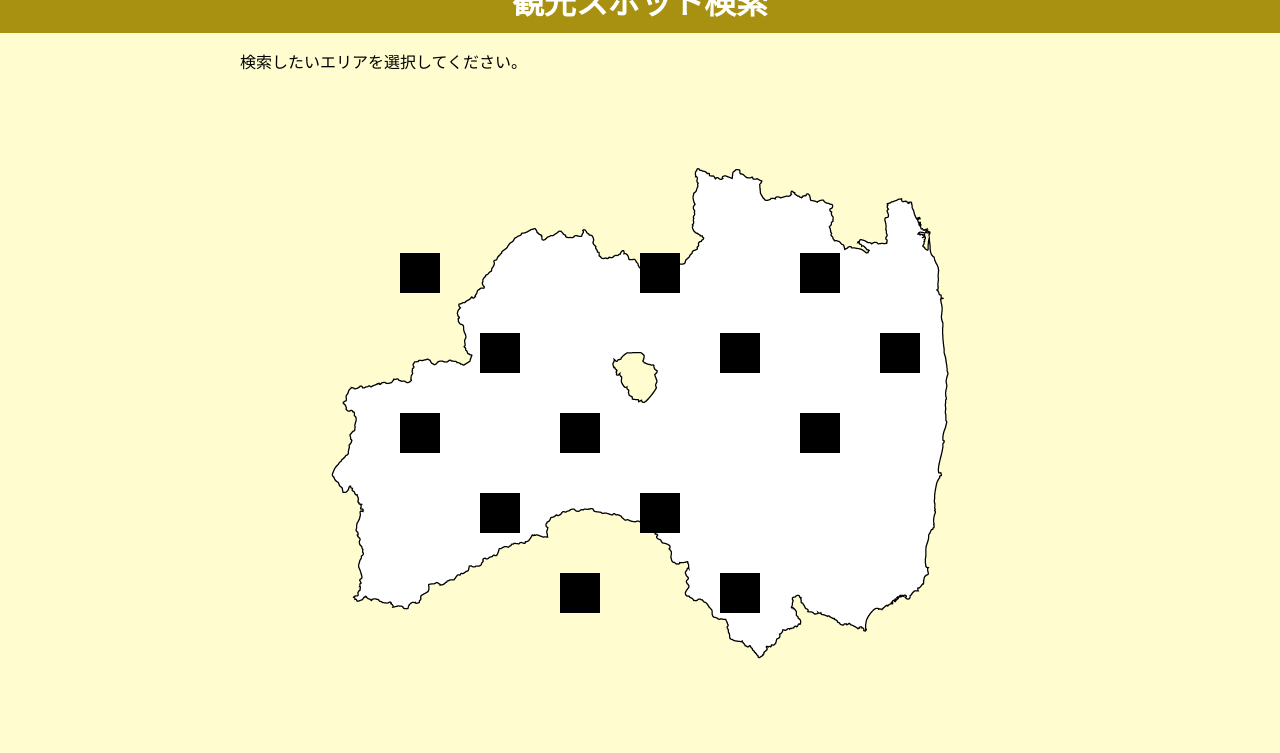
Repository: ryoutana/tanaryou.github.io
Page: Downloads/project/index.html
These files come from the project's save history. The page is drawn as it stood at one moment and after the next save; the edit follows.
The browser window is 1280 px wide. The pictures show the whole page.

Above is the page before, as saved 2025-04-29 15:04:01.

After the next save:
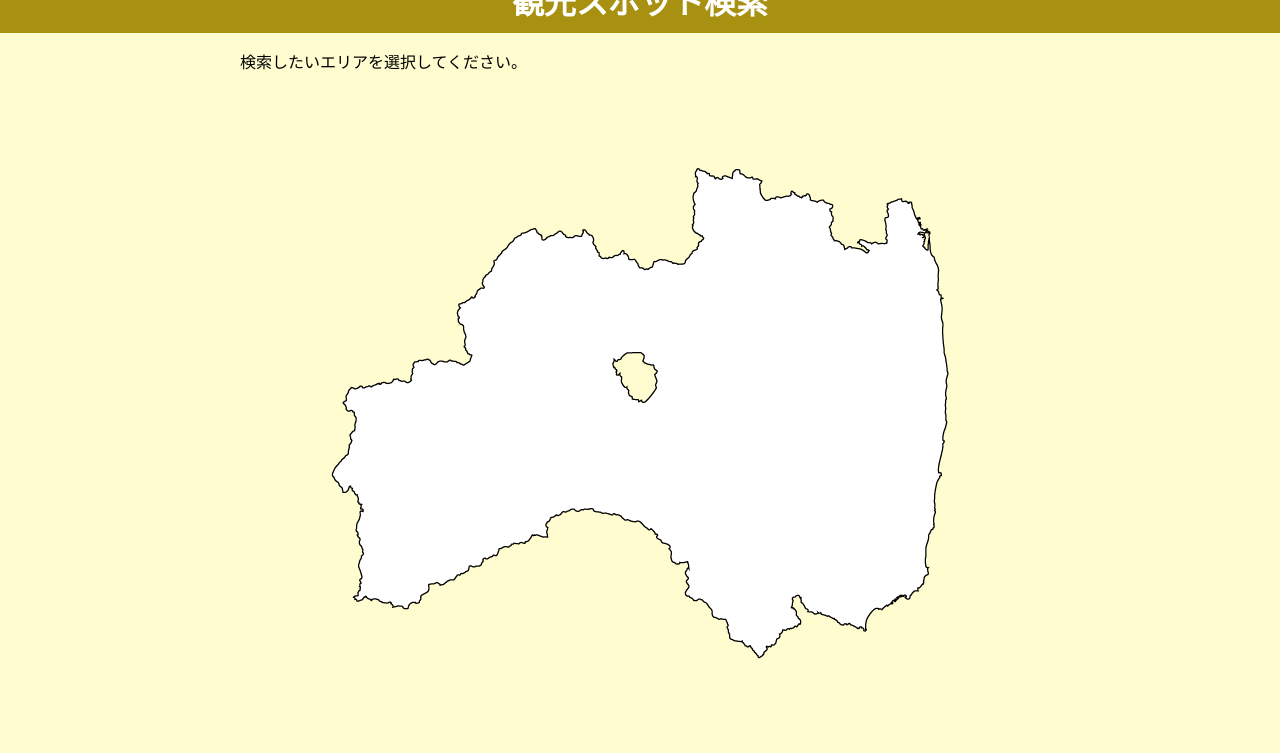
Saved 3 s later.
--- a/Downloads/project/index.html
+++ b/Downloads/project/index.html
@@ -15,34 +15,7 @@
             <p id="introText">検索したいエリアを選択してください。</p>
             <div id="mapContainer">
                 <img id="introImage" src="福島県白地図.png" alt="福島県の地図">
-                <svg id="spotContainer" xmlns="http://www.w3.org/2000/svg" viewBox="0 0 800 600">
-                    <!-- 会津坂下町 -->
-                    <path id="aizubange" d="M100,100 L150,100 L150,150 L100,150 Z" />
-                    <!-- 会津若松市 -->
-                    <path id="aizuwakamatsu" d="M200,200 L250,200 L250,250 L200,250 Z" />
-                    <!-- 会津美里町 -->
-                    <path id="aizumisato" d="M300,300 L350,300 L350,350 L300,350 Z" />
-                    <!-- 喜多方市 -->
-                    <path id="kitakata" d="M400,400 L450,400 L450,450 L400,450 Z" />
-                    <!-- 金山町 -->
-                    <path id="kaneyama" d="M500,500 L550,500 L550,550 L500,550 Z" />
-                    <!-- 三島町 -->
-                    <path id="mishima" d="M600,100 L650,100 L650,150 L600,150 Z" />
-                    <!-- 昭和村 -->
-                    <path id="showa" d="M700,200 L750,200 L750,250 L700,250 Z" />
-                    <!-- 西会津町 -->
-                    <path id="nishiaizu" d="M100,300 L150,300 L150,350 L100,350 Z" />
-                    <!-- 猪苗代町 -->
-                    <path id="inawashiro" d="M200,400 L250,400 L250,450 L200,450 Z" />
-                    <!-- 湯川村 -->
-                    <path id="yugawa" d="M300,500 L350,500 L350,550 L300,550 Z" />
-                    <!-- 磐梯町 -->
-                    <path id="bandai" d="M400,100 L450,100 L450,150 L400,150 Z" />
-                    <!-- 北塩原村 -->
-                    <path id="kitashiobara" d="M500,200 L550,200 L550,250 L500,250 Z" />
-                    <!-- 柳津町 -->
-                    <path id="yanaizu" d="M600,300 L650,300 L650,350 L600,350 Z" />
-                </svg>
+                <div id="spotContainer"></div>
             </div>
         </section>
     </main>
